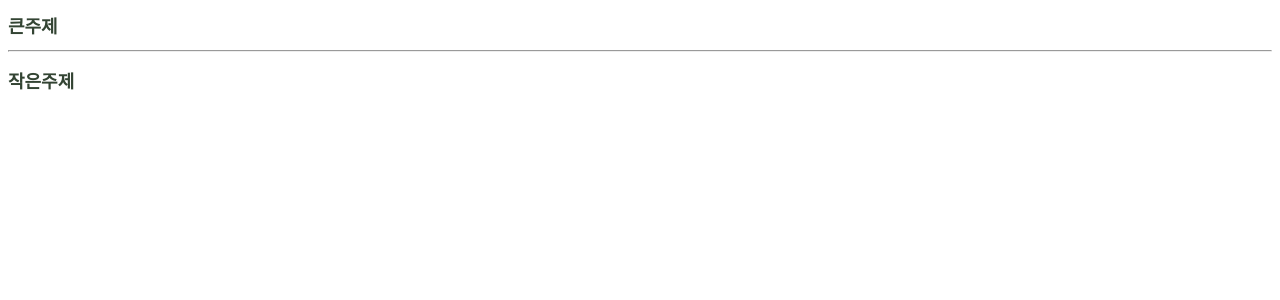
Repository: hyyrim/WebStudy
Page: http://localhost/WebApp17/Guest_ok.jsp
An editor plug-in stored every save of this project. The page is shown before and after the next save, followed by the edit.
The browser window is 1280 px wide. The pictures show the whole page.
The page is served by Tomcat 9.

Above is the page before, as saved 2021-05-20 05:47:23.

After the next save:
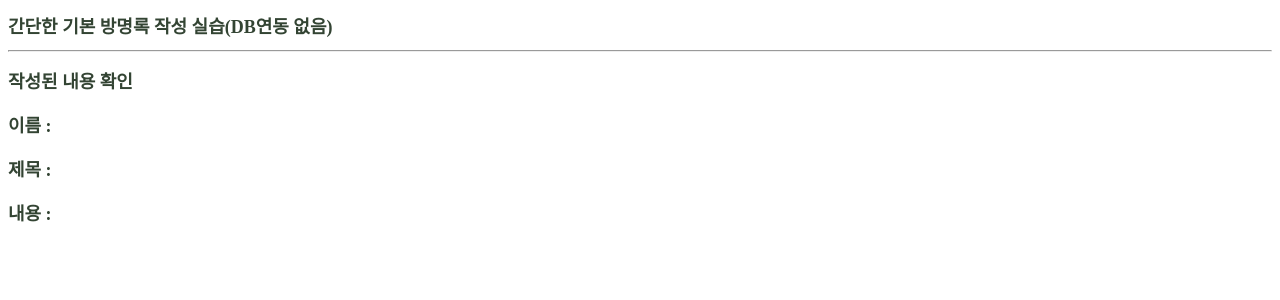
Saved 48 s later.
--- a/WebApp17/WebContent/Guest_ok.jsp
+++ b/WebApp17/WebContent/Guest_ok.jsp
@@ -10,14 +10,15 @@
 <body>
 
 <div>
-	<h1>큰주제</h1>
+	<h1>간단한 기본 방명록 작성 실습(DB연동 없음)</h1>
 	<hr>
 </div>
 
 <div>
-	<h2>작은주제</h2>
-	<form>
-	</form>
+	<h2>작성된 내용 확인</h2>
+	<h3>이름 : </h3>
+	<h3>제목 : </h3>
+	<h3>내용 : </h3>
 </div>
 
 
